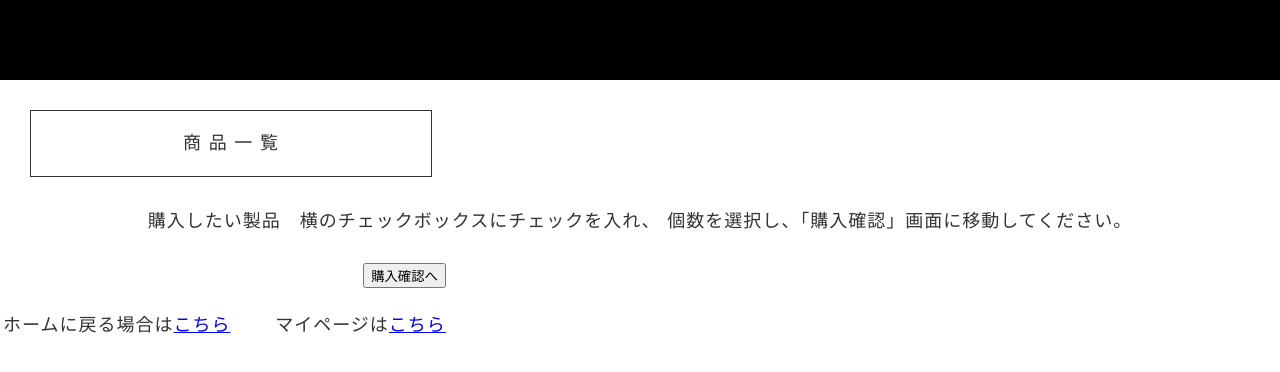
Repository: pokopen-6/test
Page: http://localhost/wood/buyItem.jsp
The author's editor kept a copy of each file at every save. The page is drawn from the files as they stood at one save, then again after the next save.
The browser window is 1280 px wide. The pictures show the whole page.
The page is served by Tomcat 9. Other server files are loaded and not shown.

Above is the page before, as saved 2018-04-25 06:53:42.

### wood/WebContent/buyItem.jsp
<%@ page language="java" contentType="text/html; charset=UTF-8"
    pageEncoding="UTF-8"%>
<%@ taglib prefix="s" uri="/struts-tags" %>
<!DOCTYPE html>
<html>
<head>
<meta http-equiv="Content-Type" content="text/html; charset=UTF-8"/>
<meta http-equiv="Content-Style-Type" content="text/css" />
<meta http-equiv="Content-Script-Type" content="text/javascript" />
<meta http-equiv="imagetoolbar" content="no"/>
<meta name="description" content=""/>
<meta name="keywords" content=""/>
<title>商品一覧</title>
<style type="text/css">
	body {
		margin:0;
		padding:0;
		line-height:1.6;
		letter-spacing:1px;
		font-family:Verdana,Helvetica,sans-serif;
		font-size:18px;
		color:#333;
		background:#fff;
		}
	main {
		width:100%;
		}
	table {
		text-aign:center;
		margin:0 auto;
		float:left;

			}

		#pp {
			text-align:center;
			}
	#top {
		width:400px;
		margin:30px;
		border:1px solid #333;
		text-align:center;
		}
	#header {
		width:100%;
		height:80px;
		background-color:black;
		text-align:center;
		}
	#x {
		float:left;
		clear:both;
		margin-left:15px;
			}
	#image {

		}

</style>
</head>
<body>
	<div id="header">
		<div id="pr">
		</div>
	</div>
	<div id="main">
		<div id="top">
			<p> 商  品  一  覧 </p>
		</div>
		<div id="pp">
		<p>購入したい製品　横のチェックボックスにチェックを入れ、
			個数を選択し、「購入確認」画面に移動してください。</p></div>
		<div class="itemList">
		<s:form action="BuyItemAction">
		<table>
			<s:iterator value="productList">
			<tr>
				<td><div id="image">
				<img class="image" src="<s:property value='image_file_path'/>"  alt="Photo" width="500" height="350">
				</div></td>
				<th><div id="x"><input type="checkbox" value="1">製品名：<s:property value="product_name"/><br></div></th>
				<td><div id="x"><s:property value="product_description"/><br></div>
				<div id="x">個数：<select name="product_count">
					<option value="1" selected="selected">1</option>
					<option value="2">2</option>
					<option value="3">3</option>
					<option value="4">4</option>
					<option value="5">5</option>
				</select><br></div>
				<div id="x">製品価格（税込）￥<s:property value="product_price" /><br></div></td>

			</s:iterator>



			<tr>
				<td>
				<s:submit value="購入確認へ" />
				</td>
			</tr>
			<tr>
				<td>
					<p>ホームに戻る場合は<a href='<s:url action="GoHomeAction"/>'>こちら</a>
					　　マイページは<a href='<s:url action="MyPageAction"/>'>こちら</a></p>
				</td>
				</table>
			</s:form></div></div>








</body>
</html>

After the next save:
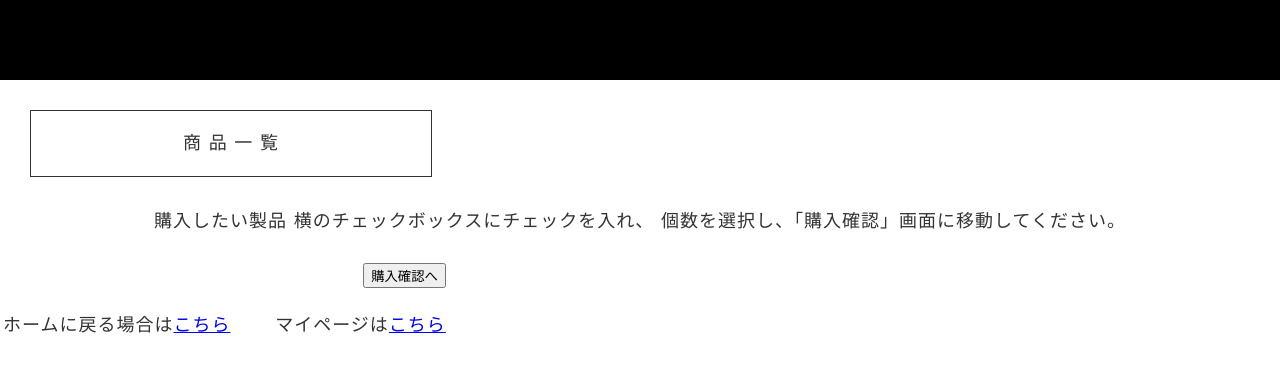
Saved 25 s later.
--- a/wood/WebContent/buyItem.jsp
+++ b/wood/WebContent/buyItem.jsp
@@ -68,7 +68,7 @@
 			<p> 商  品  一  覧 </p>
 		</div>
 		<div id="pp">
-		<p>購入したい製品　横のチェックボックスにチェックを入れ、
+		<p>購入したい製品 横のチェックボックスにチェックを入れ、
 			個数を選択し、「購入確認」画面に移動してください。</p></div>
 		<div class="itemList">
 		<s:form action="BuyItemAction">
